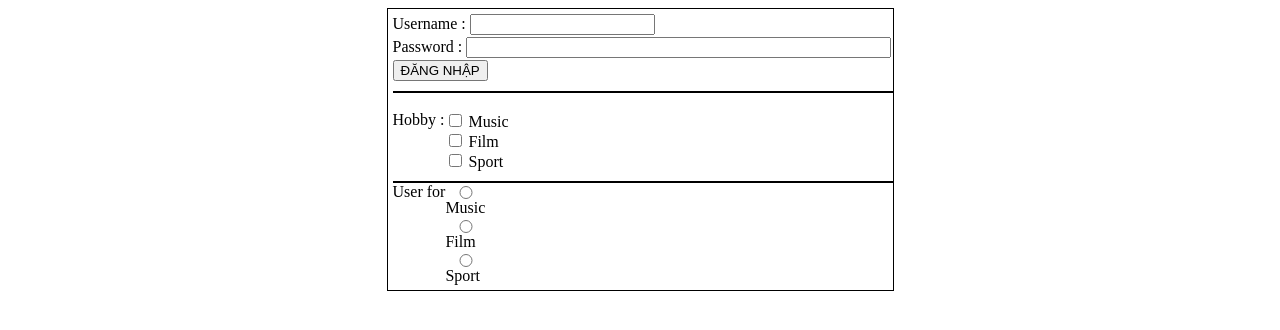
Repository: Tan-Khang21/TH_TKW--Buoi_04
Page: Bai_Tap_Mau/Bai_02/Bai_02.html
These files come from the project's save history. The page is drawn as it stood at one moment and after the next save; the edit follows.
The browser window is 1280 px wide. The pictures show the whole page.

Above is the page before, as saved 2024-03-05 22:32:55.

### Bai_Tap_Mau/Bai_02/Bai_02.html
<!DOCTYPE html>
<html lang="en">
  <head>
    <meta charset="UTF-8" />
    <meta name="viewport" content="width=device-width, initial-scale=1.0" />
    <title>Document</title>
  </head>
  <body>
    <form
      style="
        width: 500px;
        margin: 0 auto;
        border: 1px solid black;
        padding: 5px;
        padding-right: 0;
      "
    >
      <span>Username :</span>
      <input type="text" />
      <br />
      <span>Password :</span>
      <input style="margin-top: 2px" type="password" size="50" />
      <br />
      <input
        style="margin-top: 2px"
        type="submit"
        value="ĐĂNG NHẬP"
        style="padding: 0 5px"
      />
      <div
        style="border-bottom: 2px solid black; width: 100%; margin-top: 10px"
      ></div>
      <br />
      <div style="display: flex">
        <span>Hobby :</span>
        <div style="display: flex; flex-direction: column">
          <div><input type="checkbox" /> Music</div>
          <div><input type="checkbox" /> Film</div>
          <div><input  type="checkbox" /> Sport</div>
        </div>
      </div>
      <div
        style="border-bottom: 2px solid black; width: 100%; margin-top: 10px"
      ></div>
      <div style="display: flex">
        <span>User for </span>
        <div style="display: flex; flex-direction: column">
          <input type="radio" value="Music" /> Music
          <input type="radio" value="Film"/> Film
          <input  type="radio" value="Sport"/> Sport
        </div>
      </div>
    </form>
  </body>
</html>

After the next save:
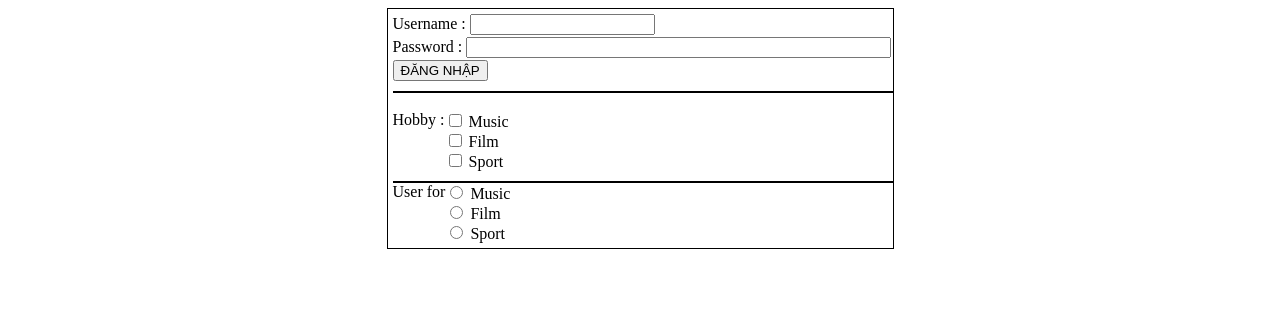
Saved 13 s later.
--- a/Bai_Tap_Mau/Bai_02/Bai_02.html
+++ b/Bai_Tap_Mau/Bai_02/Bai_02.html
@@ -45,9 +45,9 @@
       <div style="display: flex">
         <span>User for </span>
         <div style="display: flex; flex-direction: column">
-          <input type="radio" value="Music" /> Music
-          <input type="radio" value="Film"/> Film
-          <input  type="radio" value="Sport"/> Sport
+          <div><input type="radio" value="Music" /> Music</div>
+          <div><input type="radio" value="Film"/> Film</div>
+          <div><input  type="radio" value="Sport"/> Sport</div>
         </div>
       </div>
     </form>
